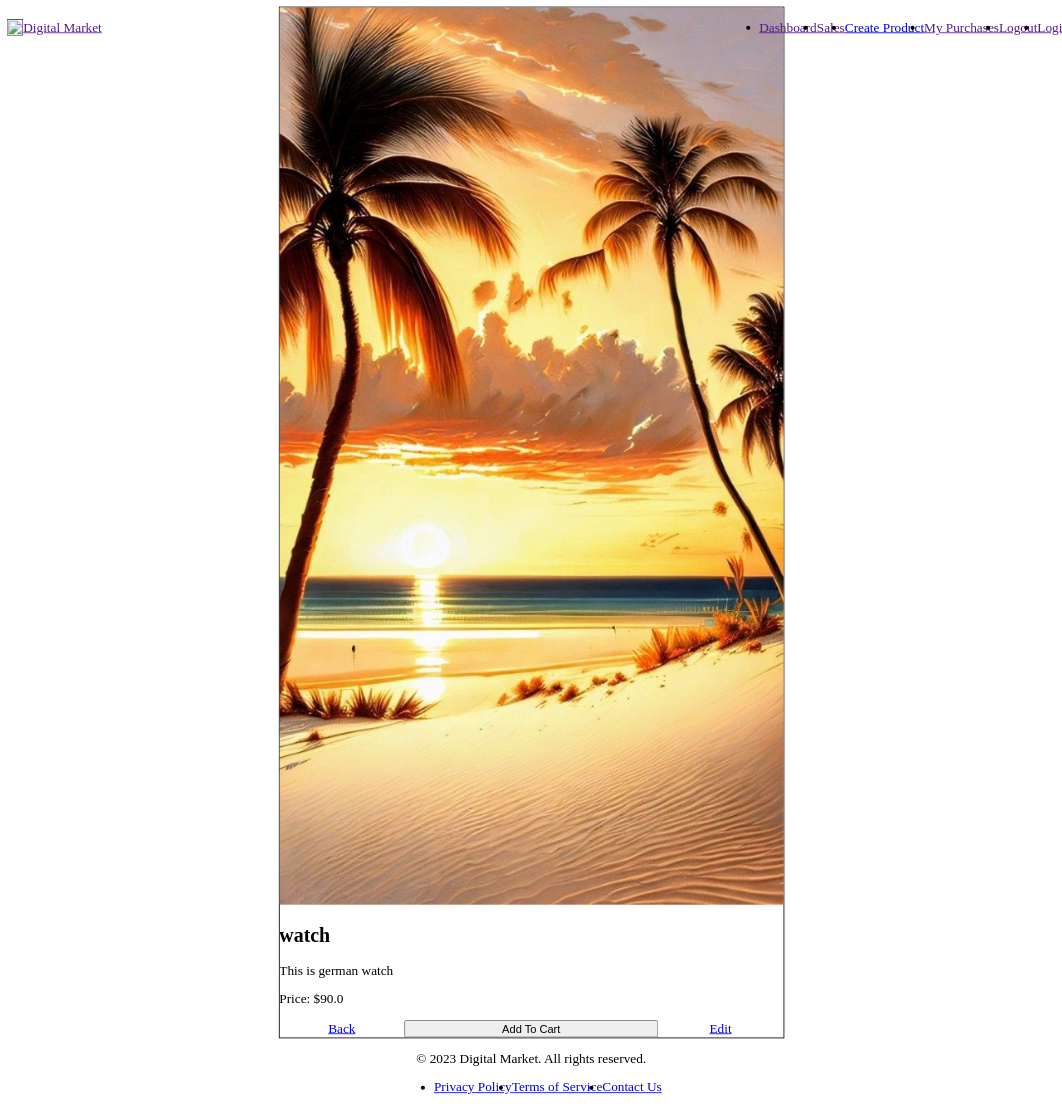
Repository: Zedestar/DigitalMarket_django
Page: http://localhost/product_details/5/
The author's editor kept a copy of each file at every save. The page is drawn from the files as they stood at one save, then again after the next save.
The browser window is 1280 px wide. The pictures show the whole page, at 83% of full size.
The page is served by the project's application, run on Django 5.2 (manage.py). Style sheets and scripts are compiled from the project's sources, by tool versions that may differ from the author's. The page reads the database file committed with the project.

Above is the page before, as saved 2025-03-28 10:43:15.

After the next save:
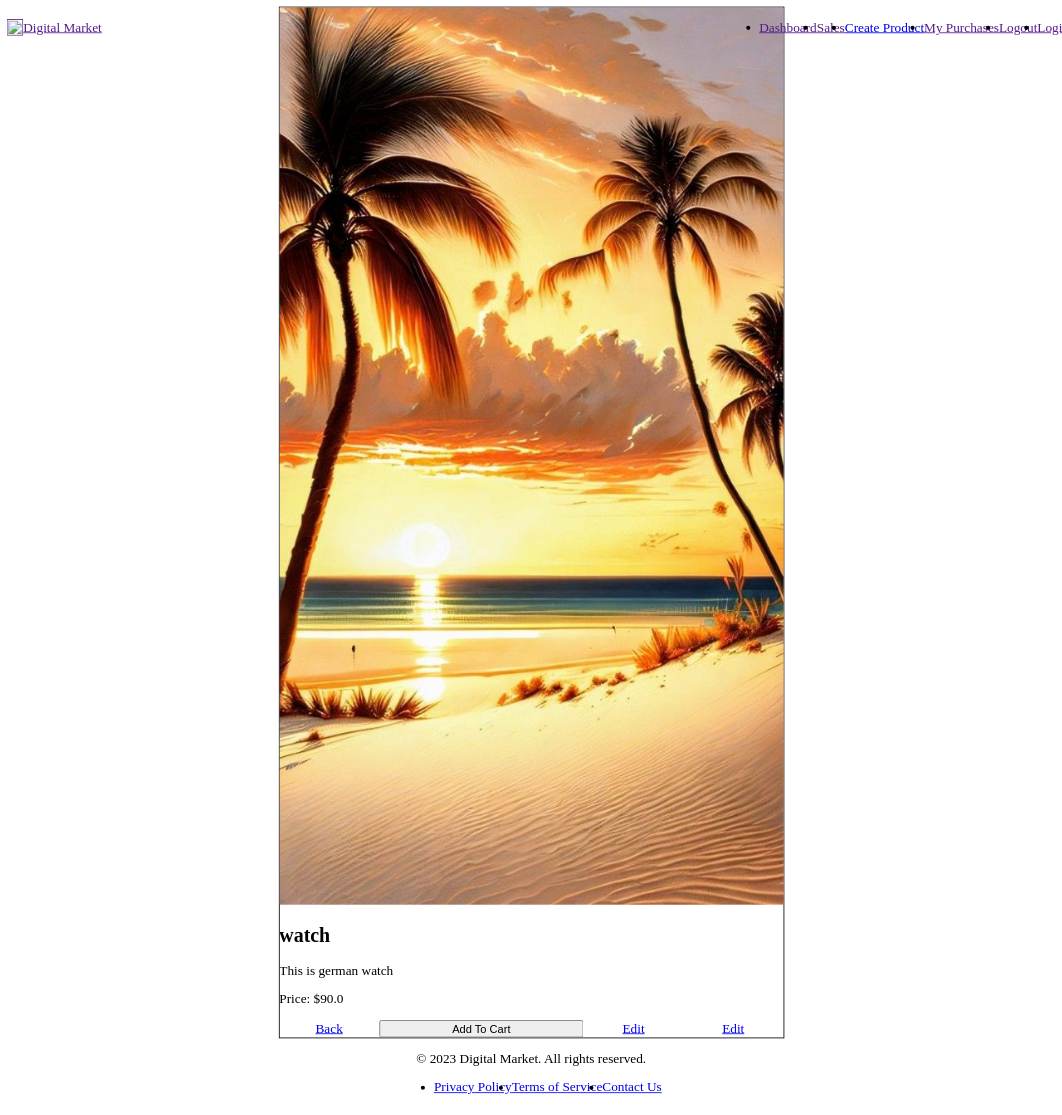
Saved 56 s later.
--- a/myapp/templates/myapp/product_details.html
+++ b/myapp/templates/myapp/product_details.html
@@ -25,6 +25,10 @@
                        class="w-1/3 bg-green-600 text-white font-medium py-1 rounded-sm hover:bg-green-700 active:bg-green-700 transition">
                         Edit
                     </a>
+                    <a href="{% url 'delete_product' product.id %}"
+                       class="w-1/3 bg-green-600 text-white font-medium py-1 rounded-sm hover:bg-green-700 active:bg-green-700 transition">
+                        Edit
+                    </a>
                 </div>
             </div>
         </div>
